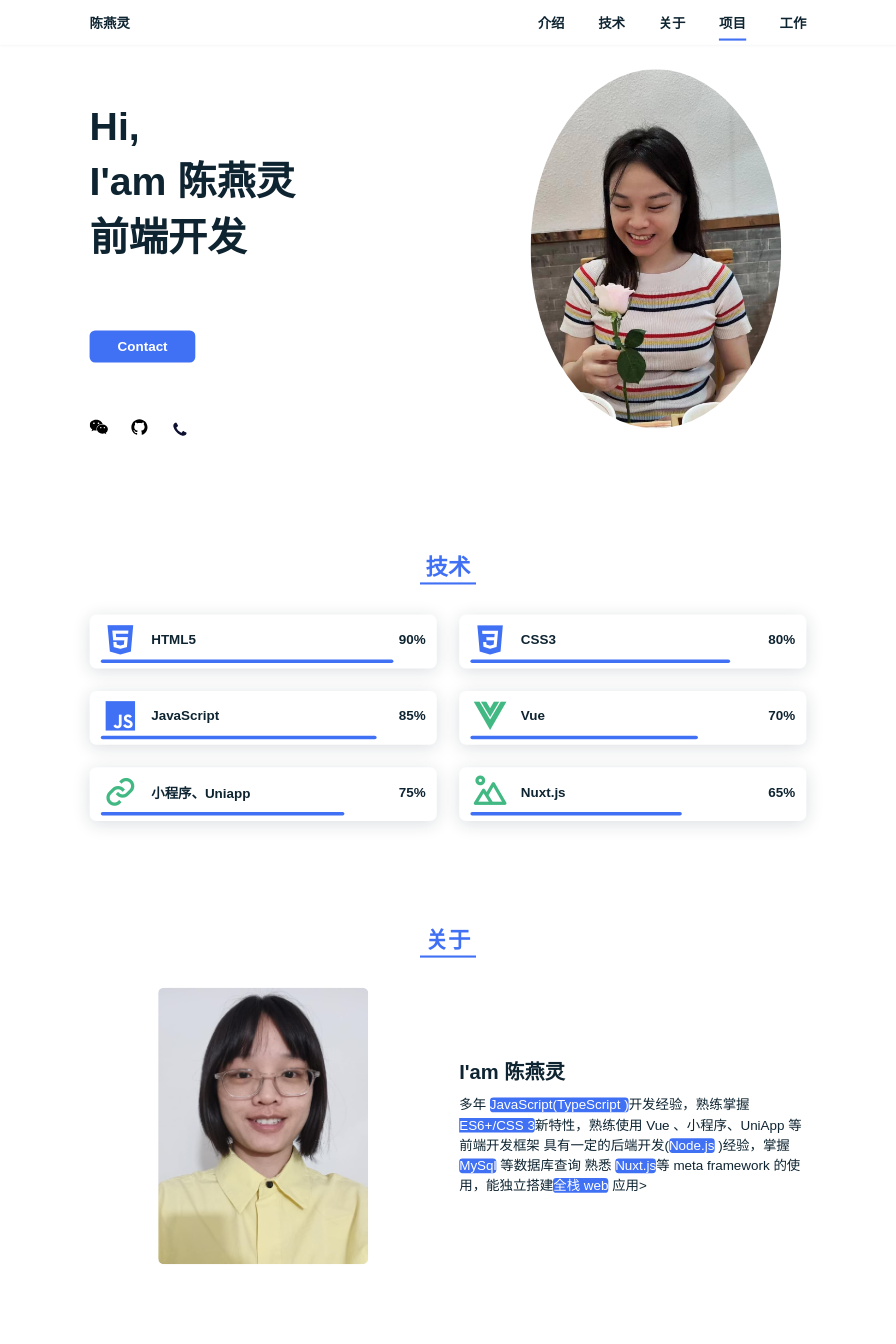
Repository: alinlinbo/yanling-resume-site
Page: index.html
The author's editor kept a copy of each file at every save. The page is drawn from the files as they stood at one save, then again after the next save.
The browser window is 1280 px wide. The pictures show the part of the page from y = 0 to 1920 px (the page is 3770 px tall), at 70% of full size.

Above is the page before, as saved 2023-09-19 15:26:40.

After the next save:
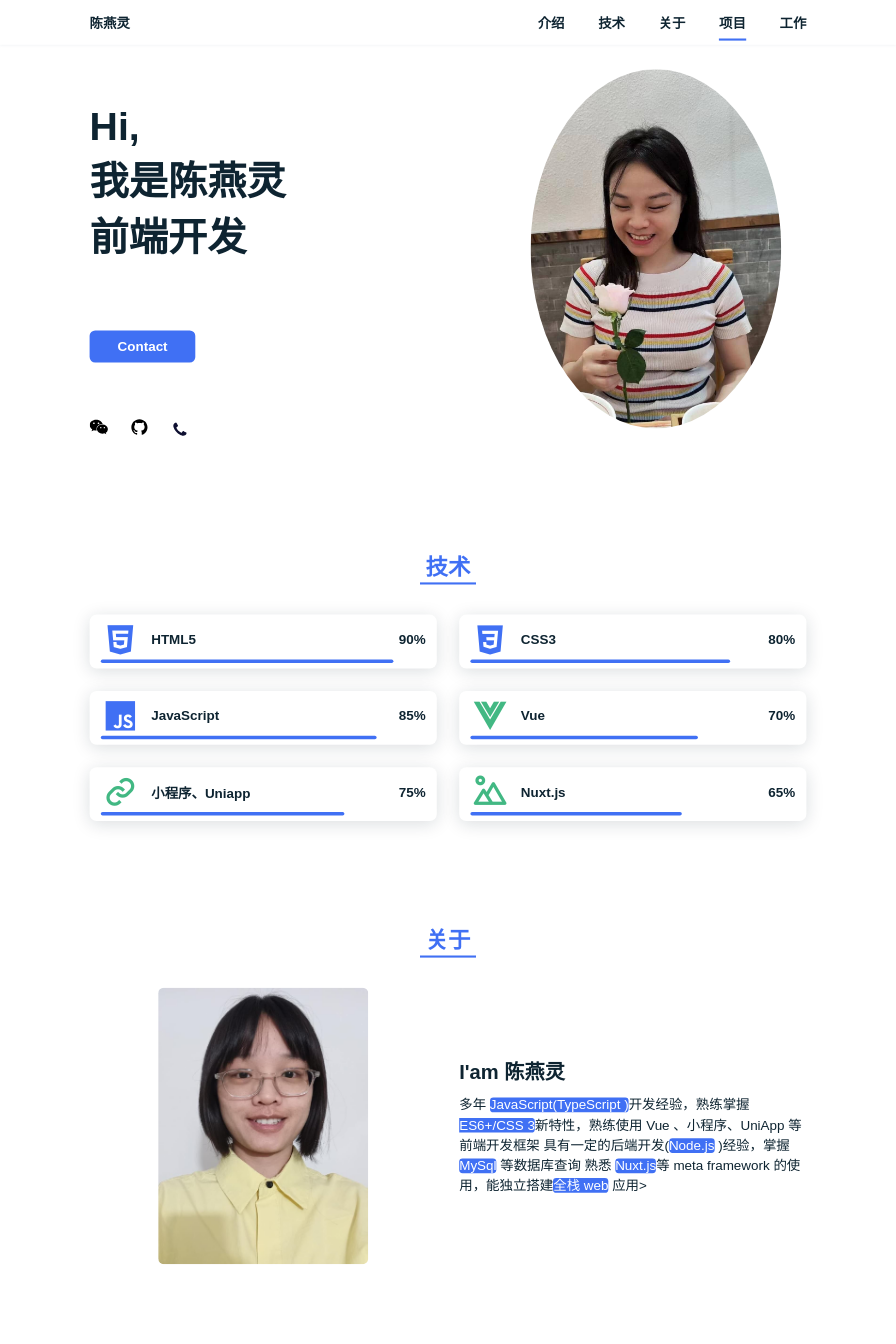
Saved 56 s later.
--- a/index.html
+++ b/index.html
@@ -57,7 +57,7 @@
         <section class="home section bd-grid" id="home">
             <div class="home__data">
                 <h1 class="home__title">
-                    Hi,<br>I'am <span class="home__title-color">陈燕灵</span><br> 前端开发
+                    Hi,<br>我是<span class="home__title-color">陈燕灵</span><br> 前端开发
                 </h1>
                 <h1 class="phone">电话：15919213326</h1>
                 <a href="#" style="position: relative; z-index: 10;" class="button" id="contact">Contact</a>
